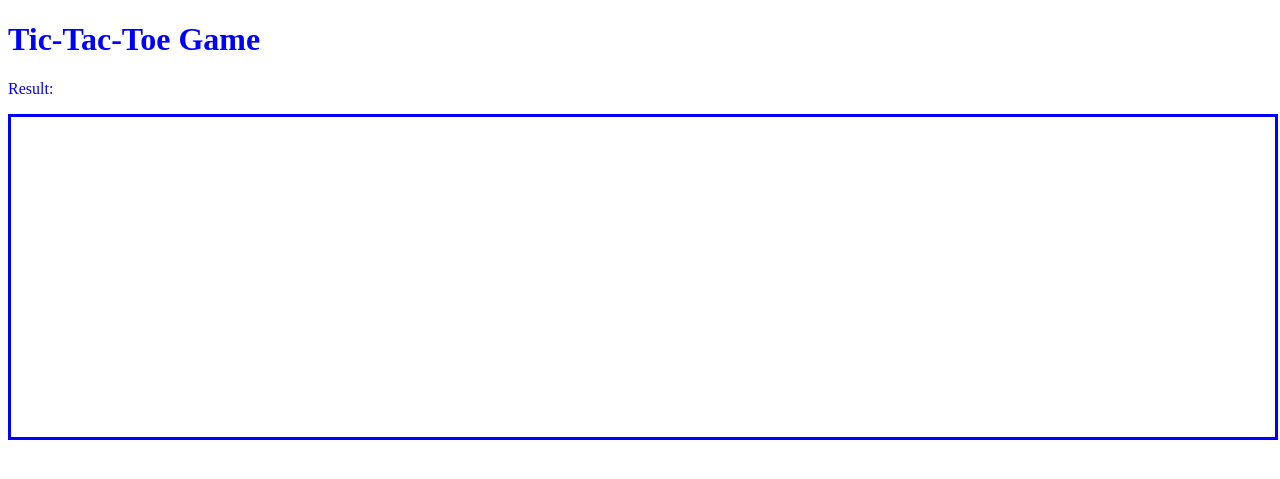
Repository: 0101chaitanya/Tic-Tac-Toe
Page: index.html
The author's editor kept a copy of each file at every save. The page is drawn from the files as they stood at one save, then again after the next save.
The browser window is 1280 px wide. The pictures show the whole page.

Above is the page before, as saved 2021-06-09 17:02:45.

### index.html
<!DOCTYPE html>
<html>
    <head>
<meta charset="utf-8">
<title>Tic-Tac-Toe Game</title>
<link rel="stylesheet" href="styles.css">
    </head>
<body>
    <h1 id="heading">Tic-Tac-Toe Game</h1>

    <div id = "Output">
        <p  >Result:</p>
    </div>
    <div id = "gameSquare">

    <div id = "row1">
    <div class = "r1Column"></div>
    <div class = "rlColumn"></div>
    <div class = "rlColumn"></div>
</div>
<div id = "row2">
    <div class = "r2Column"></div>
    <div class = "r2Column"></div>
    <div class = "r2Column"></div>
</div>
<div id = "row3">
    <div class = "r3Column"></div>
    <div class = "r3Column"></div>
    <div class = "r3Column"></div>
</div>
</div>
</body>
<script type="text/javascript" src="script.js"></script>
</html>

### styles.css
:root{
color:blue;

}
#gameSquare{
    border-style: solid;
    width:100%;
    height:20rem;
}

### script.js
/* (function(){
let
})(); */

After the next save:
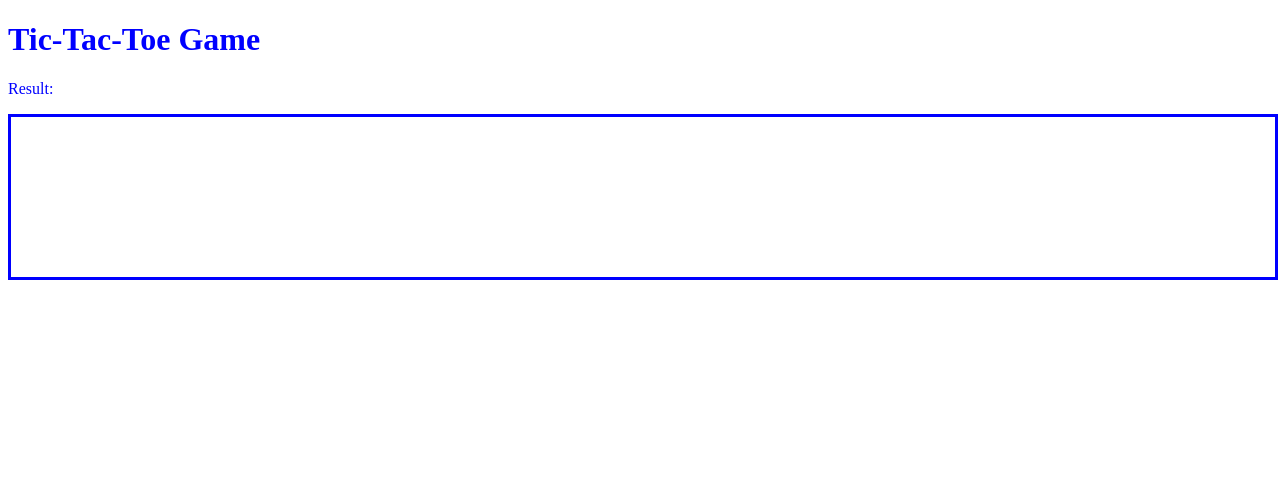
Saved 6 s later.
--- a/styles.css
+++ b/styles.css
@@ -5,5 +5,5 @@ color:blue;
 #gameSquare{
     border-style: solid;
     width:100%;
-    height:20rem;
+    height:10rem;
 }
